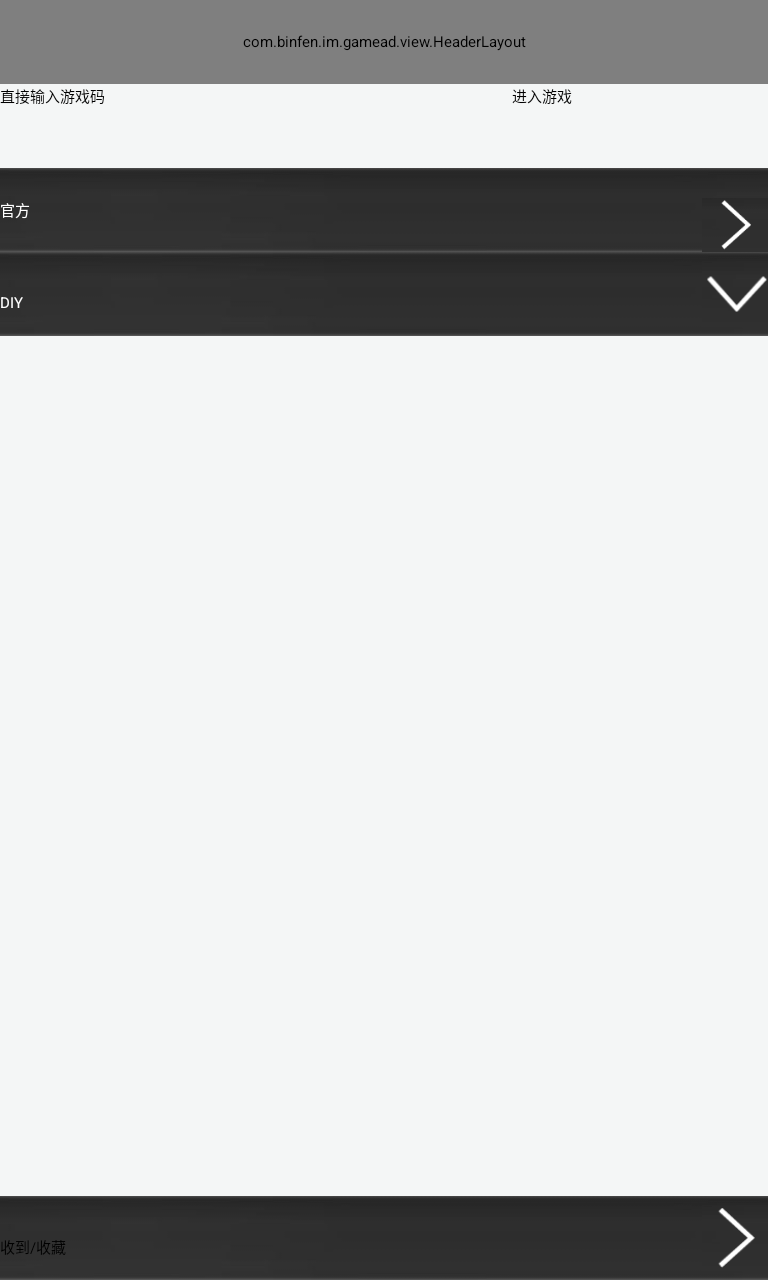
Repository: hosle/gad2
Layout: gamead_IM2/res/layout/xxh_gamelayout2.xml
The author's editor kept a copy of each file at every save. The layout is drawn from the files as they stood at one save, then again after the next save.
Pictures or frames that could not be fetched are drawn as grey boxes. It is drawn on a 768 x 1280 px phone screen (xhdpi) without system bars, with theme AppTheme; the app's code is not run. Lists and similar views that code fills are empty. The app's manifest (not shown) leaves right-to-left support off. So textAlignment, textDirection and layoutDirection are ignored, and left and right values win over start and end ones.

Above is the layout before, as saved 2015-07-10 10:32:30.

### gamead_IM2/res/layout/xxh_gamelayout2.xml
<?xml version="1.0" encoding="utf-8"?>
<RelativeLayout xmlns:android="http://schemas.android.com/apk/res/android"
    android:layout_width="match_parent"
    android:layout_height="match_parent"
    android:background="@color/base_bg"
    >

    <include
        android:id="@+id/common_actionbar"
        layout="@layout/include_action_bar"
        android:layout_width="match_parent"
        android:layout_height="42dp"
        android:layout_alignParentTop="true" />

    <LinearLayout
        android:id="@+id/bar3"
        android:layout_width="match_parent"
        android:layout_height="wrap_content"
        android:layout_below="@+id/common_actionbar"
        android:orientation="vertical" >
         <LinearLayout
            android:orientation="horizontal"
            android:layout_width="match_parent"
            android:layout_height="42dp">
            <EditText android:id="@+id/edt_gamecode"
                android:layout_height="match_parent"
                android:layout_width="0dp"
                android:layout_weight="2"
                android:hint="@string/hintgamecode"/>
            <Button android:id="@+id/btn_gamecode"
                android:layout_height="match_parent"
                android:layout_width="0dp"
                android:layout_weight="1"
                android:text="@string/btngamecode"
                />

        </LinearLayout>

        <RelativeLayout
            android:layout_width="match_parent"
            android:layout_height="42dp"
            android:background="@drawable/xxh_game_dir" >
            <TextView
                android:id="@+id/official_game"
                android:layout_width="wrap_content"
                android:layout_height="wrap_content"
                android:layout_alignParentLeft="true"
                android:layout_alignParentStart="true"
                android:layout_centerVertical="true"
                android:text="官方"
                android:textColor="@android:color/white"
                android:textAppearance="?android:attr/textAppearanceLarge" />

            <ImageButton
                android:id="@+id/xxh_imagebnt1"
                android:layout_width="wrap_content"
                android:layout_height="wrap_content"
                android:layout_alignParentRight="true"
                android:layout_alignParentEnd="true"

                android:layout_alignTop="@+id/official_game"
                android:background="@drawable/xxh_game_bkimgbnt"
                android:src="@drawable/xxh_game_ar" />

        </RelativeLayout>

        <RelativeLayout
            android:layout_width="match_parent"
            android:layout_height="42dp"
            android:gravity="center_vertical"
            android:background="@drawable/xxh_game_dir" >

            <TextView
                android:id="@+id/receive_game"
                android:layout_width="wrap_content"
                android:layout_height="wrap_content"
                android:layout_alignParentLeft="true"
                android:layout_alignParentStart="true"
                android:layout_centerVertical="true"
                android:text="DIY"
                android:textColor="@android:color/white"
                android:textAppearance="?android:attr/textAppearanceLarge" />

            <ImageButton
                android:id="@+id/xxh_imagebnt2"
                android:layout_width="wrap_content"
                android:layout_height="wrap_content"
                android:layout_alignParentRight="true"
                android:layout_alignParentEnd="true"
                android:layout_alignRight="@+id/receive_game"
                android:background="@drawable/xxh_game_bkimgbnt"
                android:src="@drawable/xxh_game_ad" />

        </RelativeLayout>


    </LinearLayout>

   <!--  <com.binfen.im.gamead.view.ClearEditText
        android:id="@+id/et_msg_search"
        android:layout_width="fill_parent"
        android:layout_height="@dimen/base_action_bar_height"
        android:layout_margin="10dp"
        android:background="@drawable/base_edit_input"
        android:drawableLeft="@drawable/icon_msg_search"
        android:drawablePadding="10dp"
        android:hint="@string/message_search_hint"
        android:paddingLeft="10dp"
        android:paddingRight="10dp"
        android:singleLine="true"
        android:visibility="gone" /> -->

   <!--  <GridView
        android:id="@+id/gridgame"
        android:layout_width="match_parent"
        android:layout_height="286dp"
        android:layout_weight="0.50"
        android:columnWidth="90dp"
        android:gravity="center"
        android:horizontalSpacing="5dp"
        android:numColumns="auto_fit"
        android:stretchMode="columnWidth"
        android:verticalSpacing="5dp" >
    </GridView> -->

    <LinearLayout
        android:layout_width="match_parent"
        android:layout_height="wrap_content"

        android:layout_alignParentBottom="true"
        android:orientation="vertical" >
         <ListView
        android:id="@+id/listgame"
        android:layout_width="match_parent"
        android:layout_height="305dp"
        android:listSelector="@drawable/gamelist_item_selector"

        ></ListView>

        <RelativeLayout
            android:layout_width="match_parent"
            android:layout_height="42dp"
            android:gravity="center_vertical"
            android:background="@drawable/xxh_game_dir" >

            <TextView
                android:id="@+id/save_game"
                android:layout_width="wrap_content"
                android:layout_height="wrap_content"
                android:layout_alignParentLeft="true"
                android:layout_centerVertical="true"
                android:text="收到/收藏"
                android:textAppearance="?android:attr/textAppearanceLarge" />

            <ImageButton
                android:id="@+id/xxh_imagebnt3"
                android:layout_width="wrap_content"
                android:layout_height="wrap_content"
                android:layout_alignParentRight="true"
                android:layout_alignParentTop="true"
                android:layout_alignRight="@+id/save_game"
                android:background="@drawable/xxh_game_bkimgbnt"
                android:src="@drawable/xxh_game_ar" />
        </RelativeLayout>
    </LinearLayout>

</RelativeLayout>

### gamead_IM2/res/values/colors.xml
<?xml version="1.0" encoding="utf-8"?>
<resources>

    <color name="base_actionbar_bg">#f5f5f5</color>
    <color name="base_action_bar_title_color">#2f2725</color>
    <color name="base_tab_indicator_text_color">#f82c22</color>
    <color name="base_menu_left_bg">#393c44</color>
    <color name="pull_refresh_textview">#000000</color>
    <color name="base_color_text_black">#3e3e39</color>
    <color name="base_color_text_gray">#9fa0a0</color>
    <color name="base_color_text_white">#ffffff</color>
    <color name="home_item_color_bg">#f4f6f6</color>
    <color name="base_bg">#f4f6f6</color>
    <!-- zxing -->
    <color name="color_half_transparent">#b0000000</color>
    <color name="color_transparent_bg">#80000000</color>
    <color name="color_transparent_bg1">#e0000000</color>
    <!-- emot -->
    <color name="msg_emote_divider">#ffa1a1a1</color>
    <color name="color_bottom_bg">#272a2e</color>
    <color name="color_bottom_text_normal">#9da0a4</color>
    <color name="color_bottom_text_press">#4f9ef6</color>
    <color name="text_gray">#969696</color>
    <color name="transparent">#00000000</color>
    <color name="msg_chat_bg">#eceff4</color>

    <color name="theme_bg_color">#f0f2f5</color>
    <color name="color_theme">#489cfa</color>
    <color name="c_f98800">#ed4e23</color>

    <color name="dialog_color_title">#f82c22</color>
    <color name="guide_color">#898989</color>

    <color name="common_bg">#fcfcfc</color>

</resources>

### gamead_IM2/res/layout/include_action_bar.xml
<?xml version="1.0" encoding="utf-8"?>
<com.binfen.im.gamead.view.HeaderLayout
    xmlns:android="http://schemas.android.com/apk/res/android"
    android:layout_width="match_parent"
    android:layout_height="@dimen/base_action_bar_height" >

</com.binfen.im.gamead.view.HeaderLayout>

### gamead_IM2/res/values/strings.xml
<?xml version="1.0" encoding="utf-8"?>
<resources>

    <string name="app_name">缤分</string>
    <string name="action_settings">Settings</string>
    <string name="hello_world">Hello world!</string>
    <string name="login_username_hint">请输入用户名&#8230;</string>
    <string name="login_password_hint">请输入密码&#8230;</string>
    <string name="login_email_hint">请在此输入密码&#8230;</string>
    <string name="login">登录</string>
    <string name="register">注册</string>
    <string name="register_txt1">还没有账号？</string>
    <string name="register_txt2">立即注册 ></string>
    <string name="login_account">账号 </string>
    <string name="login_pwd">密码 </string>
    <string name="login_email">确认密码 </string>
    <string name="message_search_hint">搜索&#8230;</string>
    <string name="main_tab_recent">会话</string>
    <string name="main_tab_contact">联系人</string>
    <string name="mian_tab_set">设置</string>
    <string name="main_tab_game">游戏</string>
    <string name="xlistview_header_hint_normal">下拉刷新</string>
    <string name="xlistview_header_hint_ready">松开刷新数据</string>
    <string name="xlistview_header_hint_loading">正在加载&#8230;</string>
    <string name="xlistview_header_last_time">上次更新时间：</string>
    <string name="xlistview_footer_hint_normal">查看更多</string>
    <string name="xlistview_footer_hint_ready">松开载入更多</string>
    <string name="add_avator">头像</string>
    <string name="add_nick">昵称</string>
    <string name="add_name">账号</string>
    <string name="add_name_hint">请输入昵称&#8230;</string>
    <string name="add_gender">性别</string>
    <string name="set_notify">接收新消息通知</string>
    <string name="set_myinfo">个人资料</string>
    <string name="set_jifen">积分</string>
    <string name="set_blacklist">黑名单</string>
    <string name="set_voice">声音</string>
    <string name="set_vibrate">震动</string>
    <string name="tips">提示</string>
    <string name="logout">退出登陆</string>
    <string name="pop_photo">拍照</string>
    <string name="pop_choose">从手机相册选中</string>
    <string name="network_tips">当前网络不可用,请检查您的网络!</string>
    <string name="toast_error_password_null">密码不能为空</string>
    <string name="toast_error_username_null">用户名不能为空</string>
    <string name="toast_error_comfirm_password">输入的两次密码不一致</string>
    <string name="blacklist">黑名单</string>
    <string name="chat">发起会话</string>
    <string name="add_friend">添加好友</string>
    <string name="send_state">已读</string>
    <string name="longclick_speak">长按说话</string>
    <string name="picture">照片</string>
    <string name="camera">拍摄</string>
    <string name="location">位置</string>
    <string name="xxh_game">游戏</string>
    <string name="black_tips">已添加至黑名单，你将不再收到对方的消息!</string>
    <string name="username">用户名</string>
    <string name="search">搜索</string>
    <string name="new_friends">新朋友</string>
    <string name="near_people">附近的人</string>
    <string name="voice_up_tips">手指上滑,取消发送</string>
    <string name="voice_cancel_tips">松开手指，取消发送</string>
    <string name="voice_seconds_tips">还可以说%1$s秒</string>
    <string name="voice_short_tips">录音时间太短</string>
    <string name="show_notice">\t\t\t\t\t自V1.0.6版本开始，应用源码中将不再公开ApplicationId,开发者请自行到官网申请。\n\t\t\t\t\t申请成功之后在应用程序启动页(SplashActivity)进行初始化操作!</string>
    <string name="title_activity_select_game_to_send">SelectGameToSendActivity</string>
    <string name="title_activity_maintest">MainActivity</string>
    <string name="title_activity_select_game_to_send2">SelectGameToSend2Activity</string>

    <string name="hintgamecode">直接输入游戏码</string>
    <string name="btngamecode">进入游戏</string>

</resources>

### gamead_IM2/res/values/dimens.xml
<resources>

    <!-- Default screen margins, per the Android Design guidelines. -->
    <dimen name="activity_horizontal_margin">16dp</dimen>
    <dimen name="activity_vertical_margin">16dp</dimen>
    <dimen name="text_size_small">14sp</dimen>
    <dimen name="text_size_medium">16sp</dimen>
    <dimen name="text_size_large">18sp</dimen>
    <dimen name="base_action_bar_height">48.0dip</dimen>
    <dimen name="base_action_bar_title_size">22.0sp</dimen>
    <dimen name="register_margin">10.0dp</dimen>
    <dimen name="base_scrollview_top_height">50.0dip</dimen>
    <dimen name="tab_padding_top_bottom">15dp</dimen>
    <dimen name="tab_padding_left_right">40dp</dimen>
    <dimen name="tab_height">48dp</dimen>
    <dimen name="base_line_width_1">1dip</dimen>
    <dimen name="base_line_width_2">2dip</dimen>
    <dimen name="base_line_width">0.5dip</dimen>

    <dimen name="time_line_line_left_margin">24dip</dimen>
    <dimen name="time_line_line_width">2.0dip</dimen>
    <dimen name="time_line_content_left_margin">52.0dip</dimen>
    <dimen name="time_line_content_right_margin">7.0dip</dimen>

    <dimen name="score_item_height">100.0dip</dimen>
     <dimen name="message_top_height">70.0dip</dimen>

     <dimen name="margin_chat_top">5.0dip</dimen>
</resources>

### gamead_IM2/res/drawable/gamelist_item_selector.xml
<?xml version="1.0" encoding="utf-8"?>
<selector xmlns:android="http://schemas.android.com/apk/res/android" >
     <item android:state_pressed="true" android:drawable="@android:color/darker_gray"></item>
    <item android:state_pressed="false" android:drawable="@android:color/white"></item>

</selector>

After the next save:
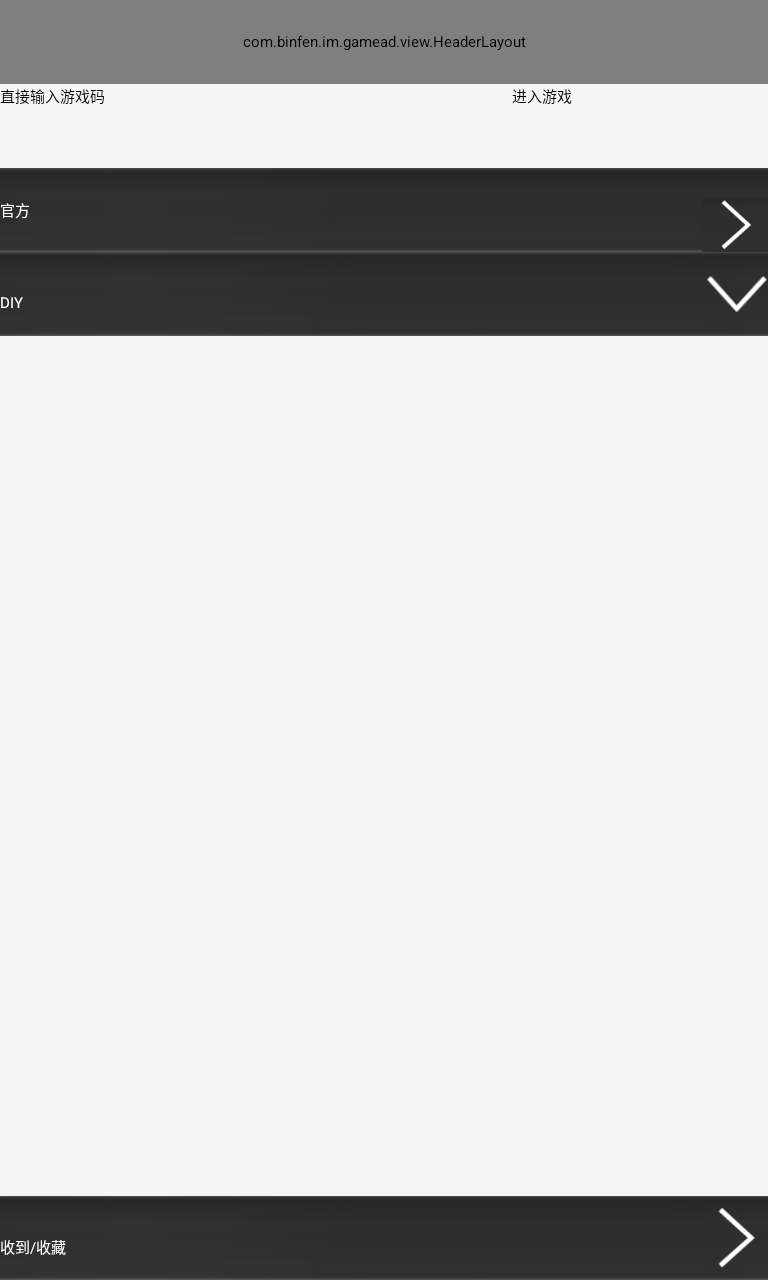
Saved 5 s later.
--- a/gamead_IM2/res/layout/xxh_gamelayout2.xml
+++ b/gamead_IM2/res/layout/xxh_gamelayout2.xml
@@ -150,6 +150,7 @@
                 android:layout_alignParentLeft="true"
                 android:layout_centerVertical="true"
                 android:text="收到/收藏"
+                android:textColor="@android:color/white"
                 android:textAppearance="?android:attr/textAppearanceLarge" />
 
             <ImageButton
